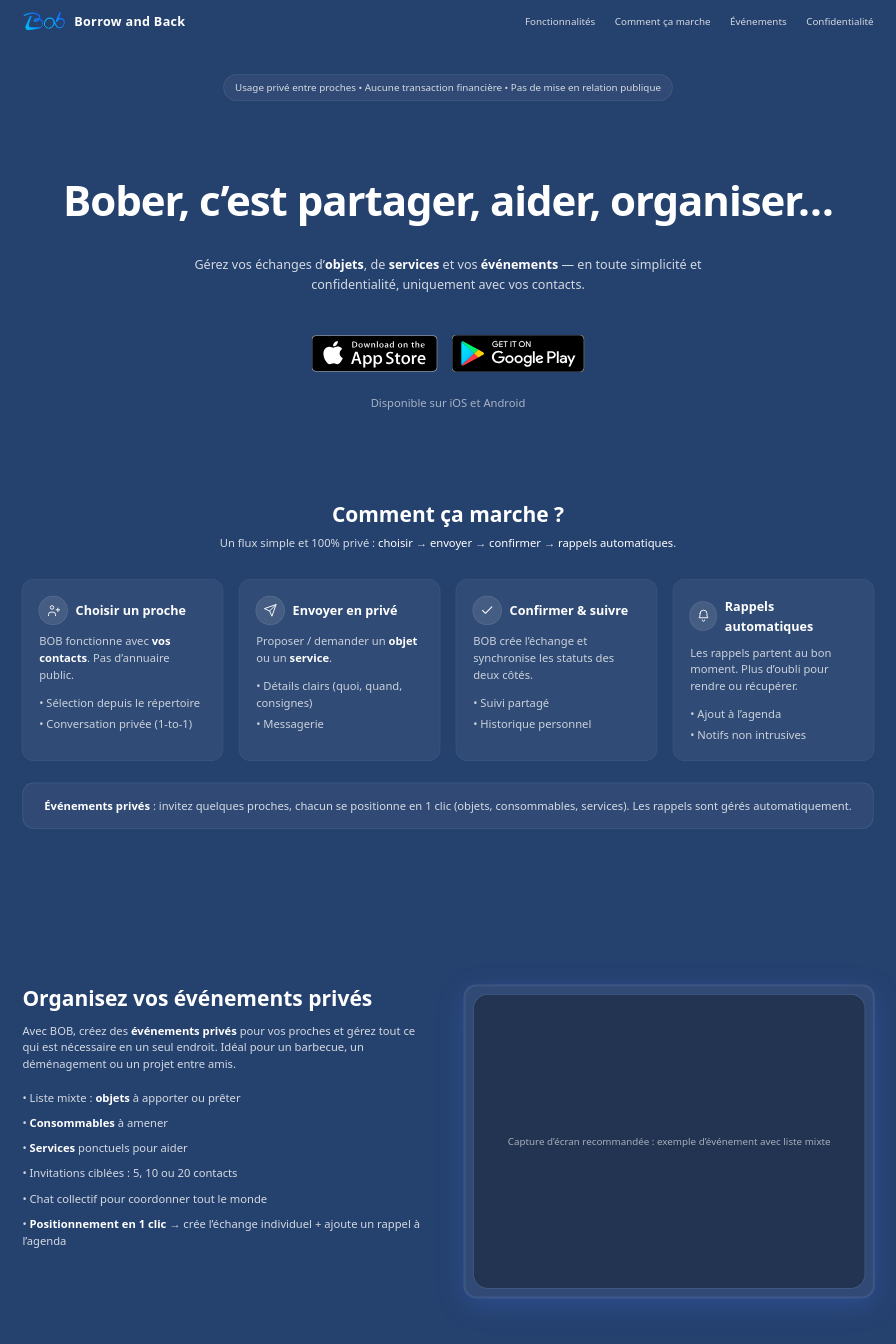
Repository: JeanCharlesMEILLAND/new-bob
Page: /
The author's editor kept a copy of each file at every save. The page is drawn from the files as they stood at one save, then again after the next save.
The browser window is 1280 px wide. The pictures show the part of the page from y = 0 to 1920 px (the page is 3250 px tall before and 3266 px after), at 70% of full size.
The page's requests for data from a server got no answer. The project was rebuilt for these pictures with package versions that can differ from the ones it lists, and the page was loaded fresh each time. The framework's server and built-in components were replaced by stand-ins that run in the browser. No one was signed in, and anything a server would have sent is missing. Also part of the build but not shown: next.config.ts.

Above is the page before, as saved 2025-08-12 15:56:25.

After the next save:
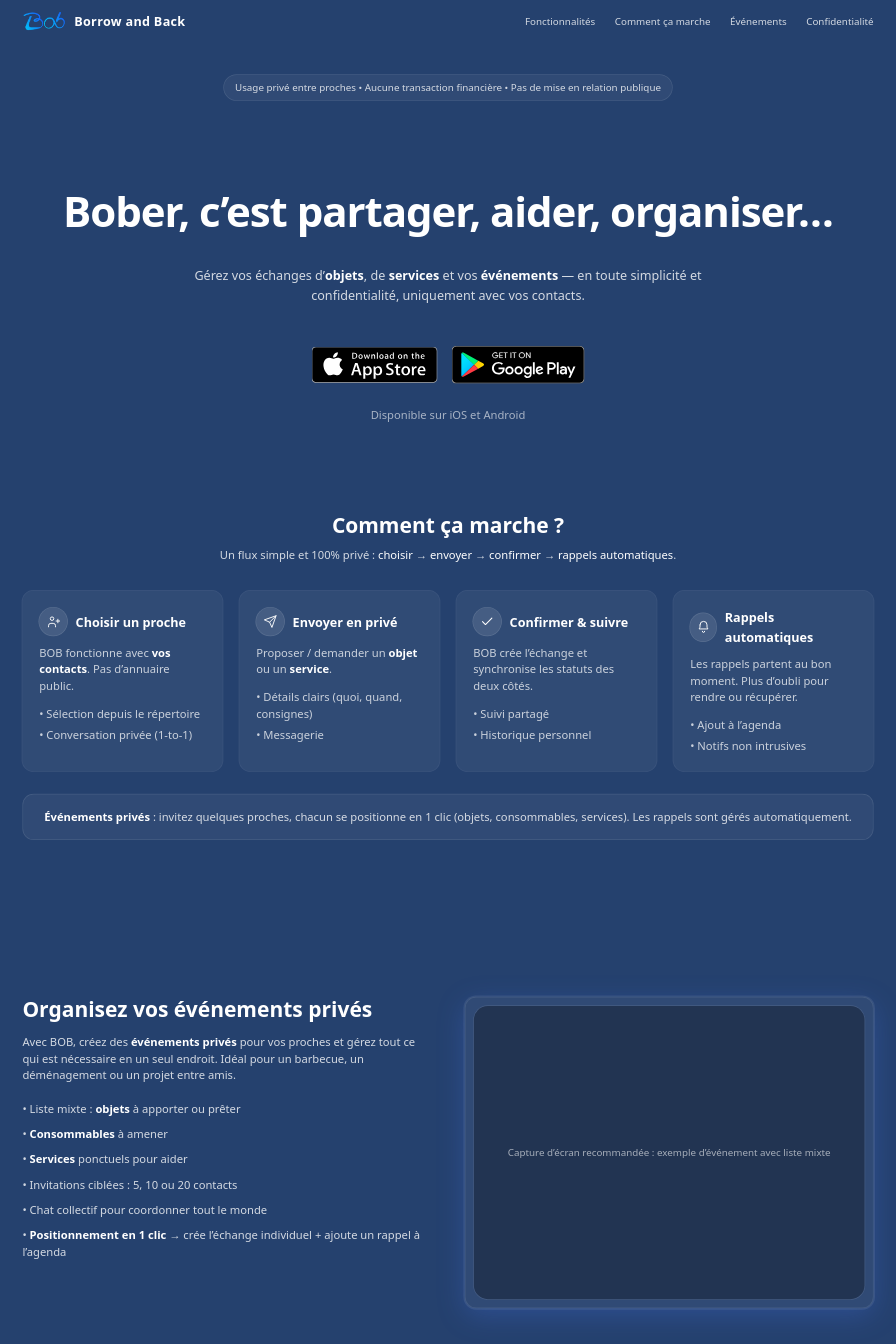
Saved 41 s later.
--- a/src/components/sections/Hero.tsx
+++ b/src/components/sections/Hero.tsx
@@ -16,7 +16,7 @@
         </div>
 
         {/* Titre principal */}
-        <h1 className="mt-16 text-5xl font-extrabold tracking-tight sm:text-6xl leading-tight">
+        <h1 className="mt-20 text-5xl font-extrabold tracking-tight sm:text-6xl leading-tight">
           <span className="">Bober</span>, c’est partager, aider, organiser…
         </h1>
 
